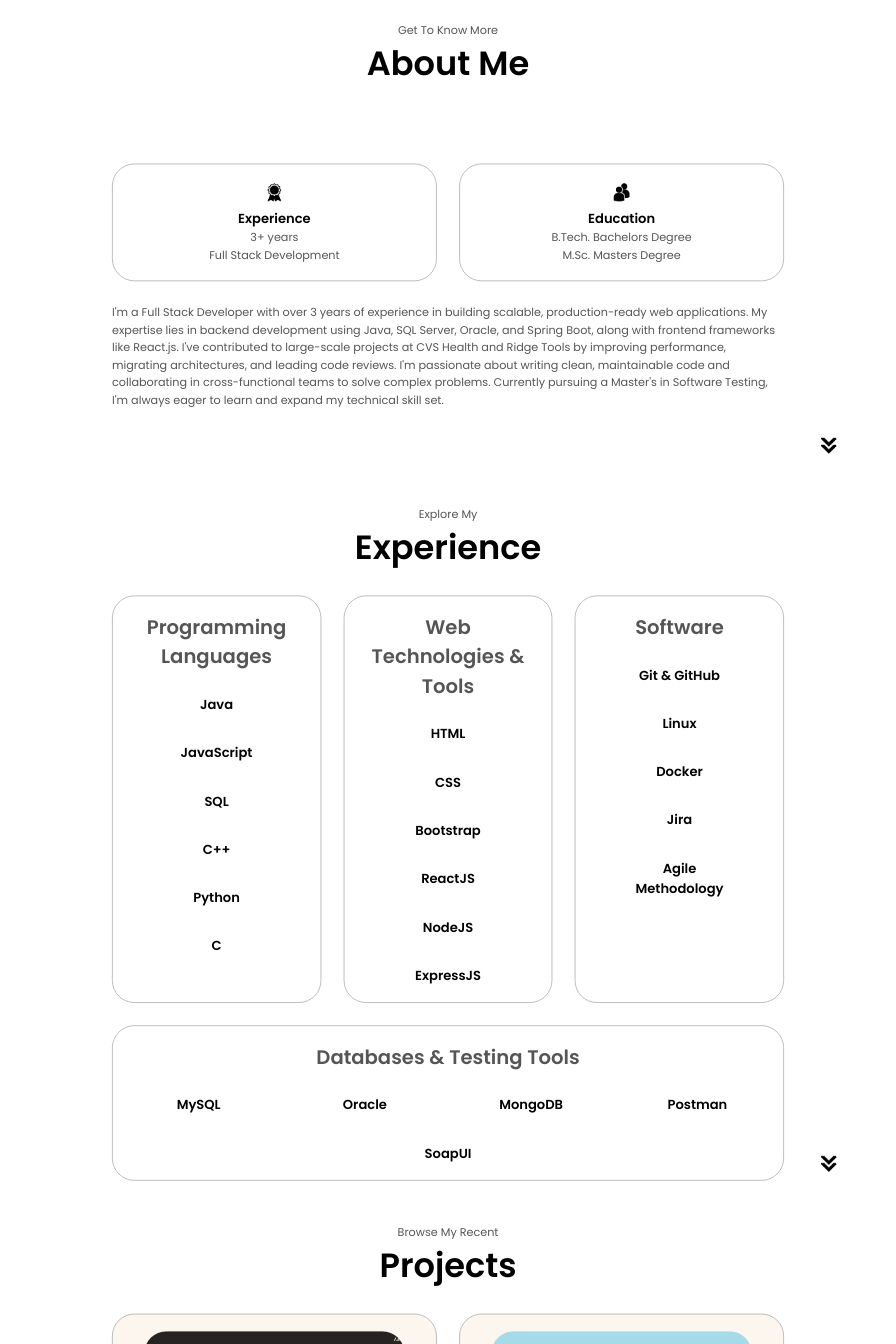
Repository: Pradnya-07/Portfolio-Pradnya
Page: index.html
These files come from the project's save history. The page is drawn as it stood at one moment and after the next save; the edit follows.
The browser window is 1280 px wide. The pictures show the part of the page from y = 814 to 2734 px (the page is 4442 px tall), at 70% of full size.

Above is the page before, as saved 2025-04-25 18:17:20.

After the next save:
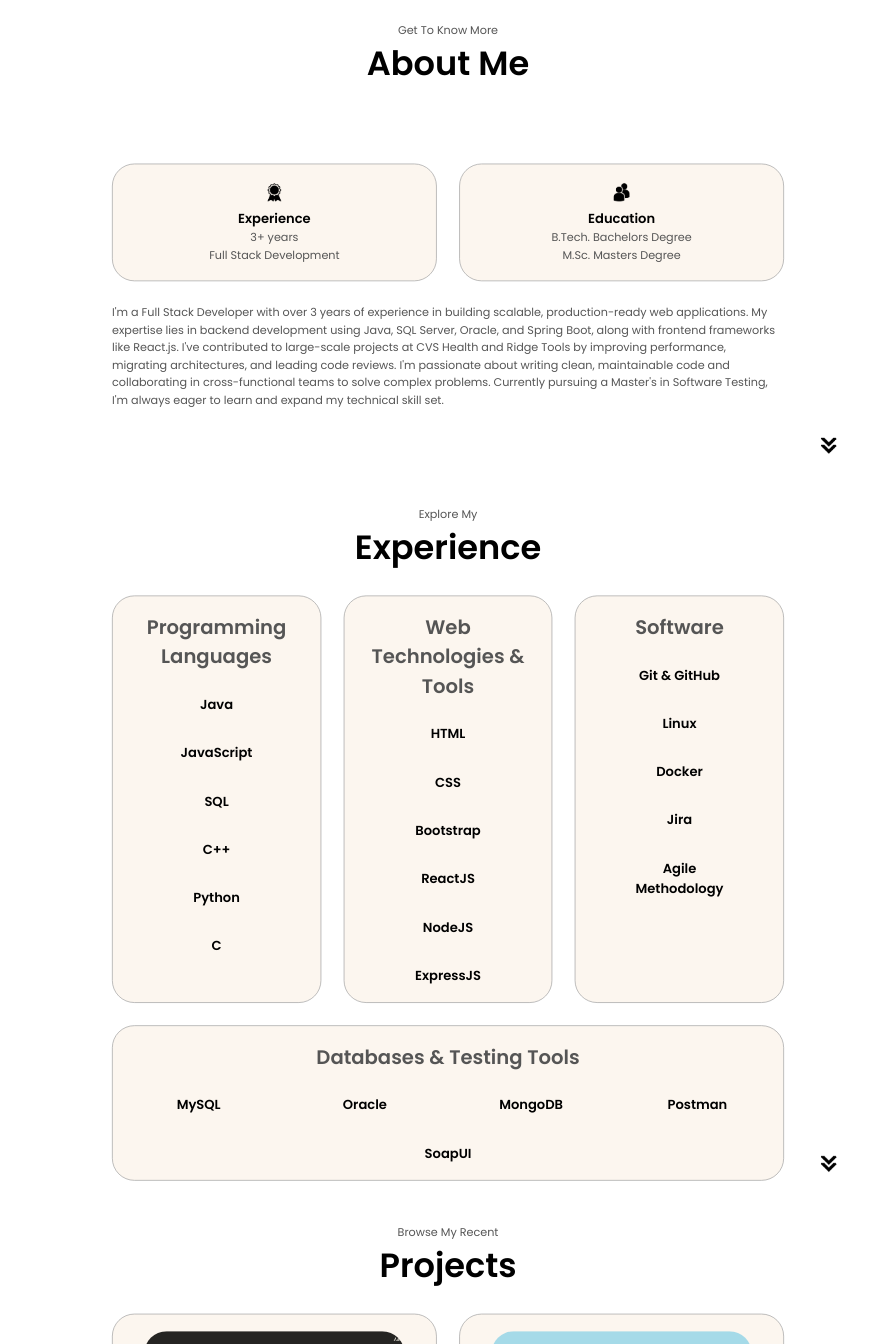
Saved 66 s later.
--- a/style.css
+++ b/style.css
@@ -301,7 +301,7 @@
 .details-container {
   padding: 1.5rem;
   flex: 1;
-  background: white;
+  background: rgb(232 188 130 / 13%);
   border-radius: 2rem;
   border: rgb(53, 53, 53) 0.1rem solid;
   border-color: rgb(163, 163, 163);
